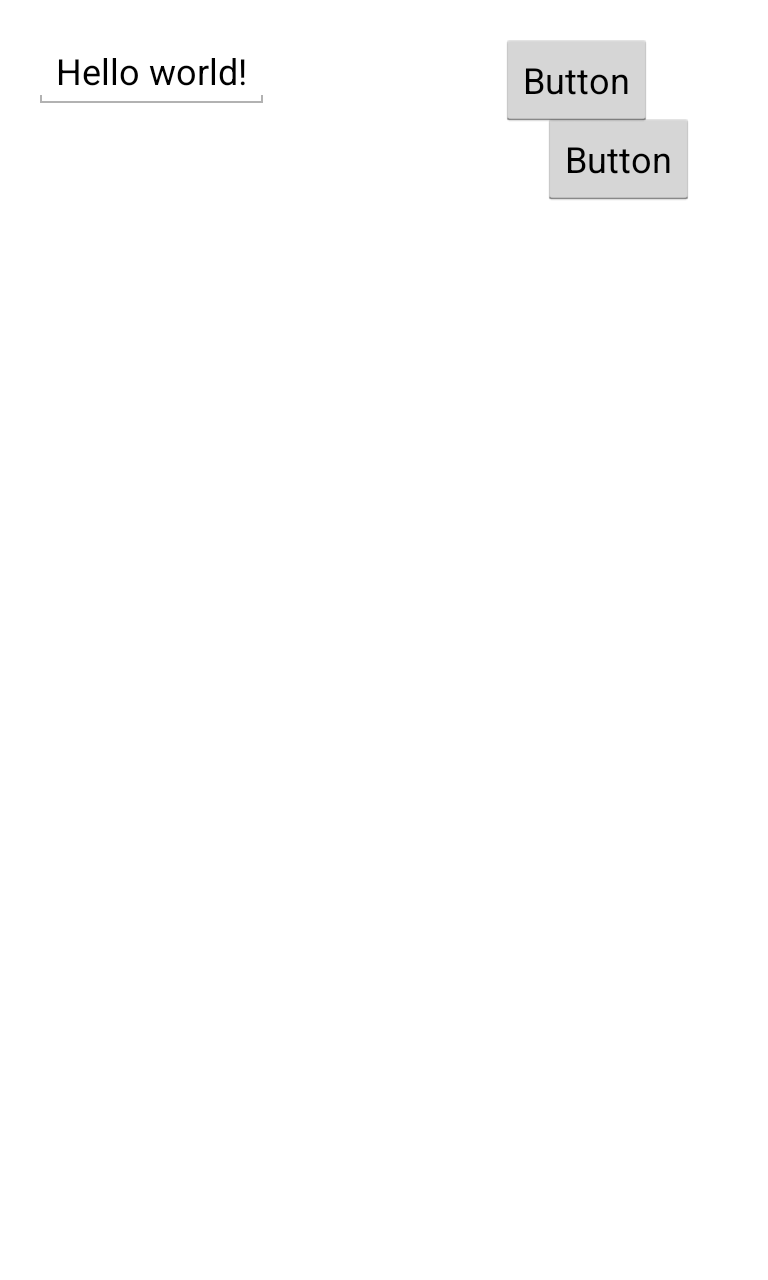
Repository: khushboop-optimus/Android-Assignment
Layout: musicplayer/res/layout/activity_main.xml
An editor plug-in stored every save of this project. The layout is shown before and after the next save, followed by the edit.
It is drawn on a 768 x 1280 px phone screen (xhdpi) without system bars, with theme AppTheme; the app's code is not run.

Above is the layout before, as saved 2013-09-12 10:48:16.

### musicplayer/res/layout/activity_main.xml
<RelativeLayout xmlns:android="http://schemas.android.com/apk/res/android"
    xmlns:tools="http://schemas.android.com/tools"
    android:layout_width="match_parent"
    android:layout_height="match_parent"
    android:paddingBottom="@dimen/activity_vertical_margin"
    android:paddingLeft="@dimen/activity_horizontal_margin"
    android:paddingRight="@dimen/activity_horizontal_margin"
    android:paddingTop="@dimen/activity_vertical_margin"
    tools:context=".MainActivity" >

    <EditText
        android:id="@+id/textView1"
        android:layout_width="wrap_content"
        android:layout_height="wrap_content"
        android:text="@string/hello_world" />

    <Button
        android:id="@+id/button1"
        android:layout_width="5p"
        android:layout_height="5p"
        android:layout_alignTop="@+id/textView1"
        android:layout_marginLeft="86dp"
        android:layout_toRightOf="@+id/textView1"
        android:text="Button" />

    <Button
        android:id="@+id/button2"
        android:layout_width="wrap_content"
        android:layout_height="wrap_content"
        android:layout_below="@+id/textView1"
        android:layout_marginLeft="49dp"
        android:layout_toRightOf="@+id/button1"
        android:text="Button" />

    <Button
        android:id="@+id/button3"
        android:layout_width="wrap_content"
        android:layout_height="wrap_content"
        android:layout_alignLeft="@+id/button1"
        android:layout_below="@+id/button1"
        android:layout_marginLeft="28dp"
        android:text="Button" />

</RelativeLayout>

### musicplayer/res/values/strings.xml
<?xml version="1.0" encoding="utf-8"?>
<resources>

    <string name="app_name">musicplayer</string>
    <string name="action_settings">Settings</string>
    <string name="hello_world">Hello world!</string>

</resources>

Loaded but not shown: musicplayer/res/values/styles.xml (common file); musicplayer/res/values-v11/styles.xml (common file); musicplayer/res/values-v14/styles.xml (common file); musicplayer/res/values/dimens.xml (common file)

After the next save:
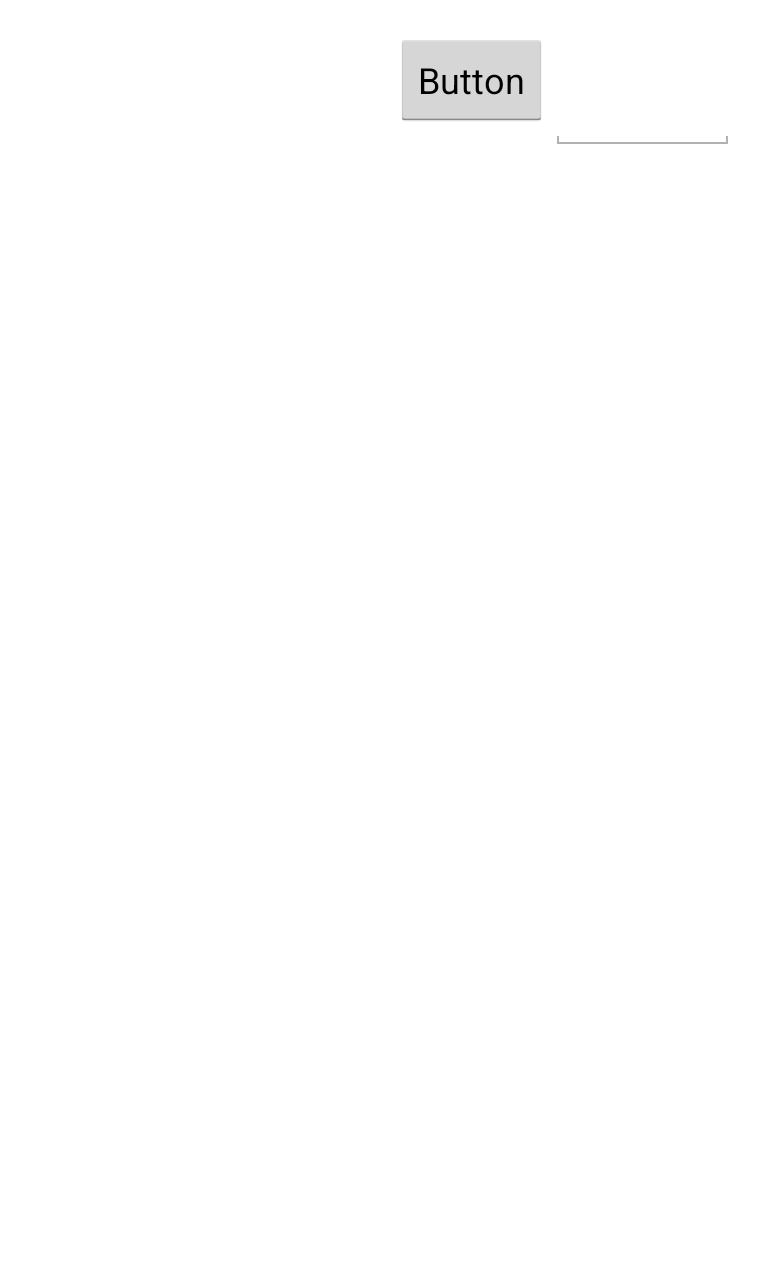
Saved 2 min 53 s later.
--- a/musicplayer/res/layout/activity_main.xml
+++ b/musicplayer/res/layout/activity_main.xml
@@ -1,4 +1,4 @@
-<RelativeLayout xmlns:android="http://schemas.android.com/apk/res/android"
+<LinearLayout xmlns:android="http://schemas.android.com/apk/res/android"
     xmlns:tools="http://schemas.android.com/tools"
     android:layout_width="match_parent"
     android:layout_height="match_parent"
@@ -8,37 +8,37 @@
     android:paddingTop="@dimen/activity_vertical_margin"
     tools:context=".MainActivity" >
 
-    <EditText
-        android:id="@+id/textView1"
-        android:layout_width="wrap_content"
-        android:layout_height="wrap_content"
-        android:text="@string/hello_world" />
-
     <Button
         android:id="@+id/button1"
         android:layout_width="5p"
         android:layout_height="5p"
-        android:layout_alignTop="@+id/textView1"
         android:layout_marginLeft="86dp"
-        android:layout_toRightOf="@+id/textView1"
-        android:text="Button" />
-
-    <Button
-        android:id="@+id/button2"
-        android:layout_width="wrap_content"
-        android:layout_height="wrap_content"
-        android:layout_below="@+id/textView1"
-        android:layout_marginLeft="49dp"
-        android:layout_toRightOf="@+id/button1"
         android:text="Button" />
 
     <Button
         android:id="@+id/button3"
         android:layout_width="wrap_content"
         android:layout_height="wrap_content"
-        android:layout_alignLeft="@+id/button1"
-        android:layout_below="@+id/button1"
-        android:layout_marginLeft="28dp"
+        android:layout_alignRight="@+id/editText1"
+        android:layout_below="@+id/button2"
+        android:layout_marginLeft="95dp"
+        android:layout_toRightOf="@+id/button2"
         android:text="Button" />
 
-</RelativeLayout>
+    <EditText
+        android:id="@+id/editText1"
+        android:layout_width="wrap_content"
+        android:layout_height="wrap_content"
+        android:layout_alignParentLeft="true"
+        android:layout_alignParentTop="true"
+        android:layout_marginTop="16dp"
+        android:ems="10" />
+
+    <Button
+        android:id="@+id/button2"
+        android:layout_width="wrap_content"
+        android:layout_height="wrap_content"
+        android:layout_centerVertical="true"
+        android:text="Button" />
+
+</LinearLayout>
